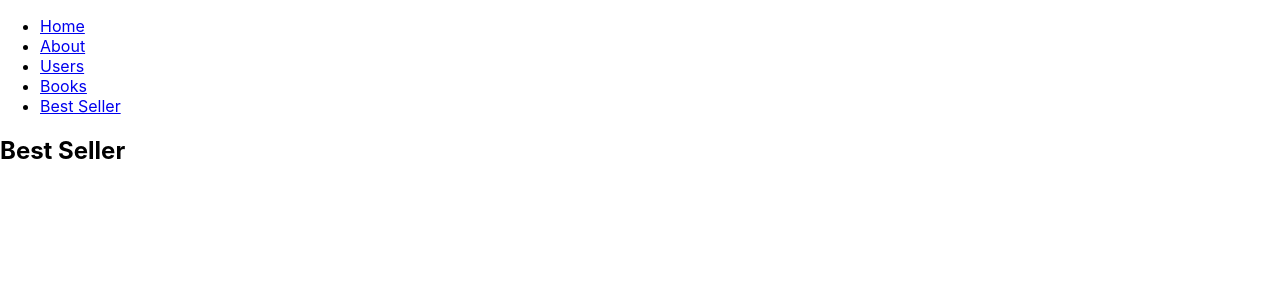
Repository: ebo-arcadia/enjoyou
Page: /books
An editor plug-in stored every save of this project. The page is shown before and after the next save, followed by the edit.
The browser window is 1280 px wide. The pictures show the whole page.
The project was rebuilt for these pictures with package versions that can differ from the ones it lists, and the page was loaded fresh each time.

Above is the page before, as saved 2021-04-19 12:11:42.

### src/App.js
import React from "react";
import { BrowserRouter as Router, Switch, Route, Link } from "react-router-dom";

export default function App() {
  return (
    <Router>
      <div>
        <nav>
          <ul>
            <li>
              <Link to="/">Home</Link>
            </li>
            <li>
              <Link to="/about">About</Link>
            </li>
            <li>
              <Link to="/users">Users</Link>
            </li>
            <li>
              <Link to="/books">Books</Link>
            </li>
            <li>
              <Link to="/bestseller">Best Seller</Link>
            </li>
          </ul>
        </nav>

        {/* A <Switch> looks through its children <Route>s and
            renders the first one that matches the current URL. */}
        <Switch>
          <Route path="/"><Bestseller /></Route>
          <Route path="/books"><Books /></Route>
          <Route path="/about"><About /></Route>
          <Route path="/users"><Users /></Route>
          <Route path="/"><Home /></Route>
        </Switch>
      </div>
    </Router>
  );
}

function Home() {
  return <h2>Home</h2>;
}

function About() {
  return <h2>About</h2>;
}

function Users() {
  return <h2>Users</h2>;
}

function Books()  { return <h2>Books</h2> }
function Bestseller()  { return <h2>Best Seller</h2> }

Loaded but not shown: public/index.html (common file); src/index.js (common file); src/index.css (common file); src/reportWebVitals.js (common file)

After the next save:
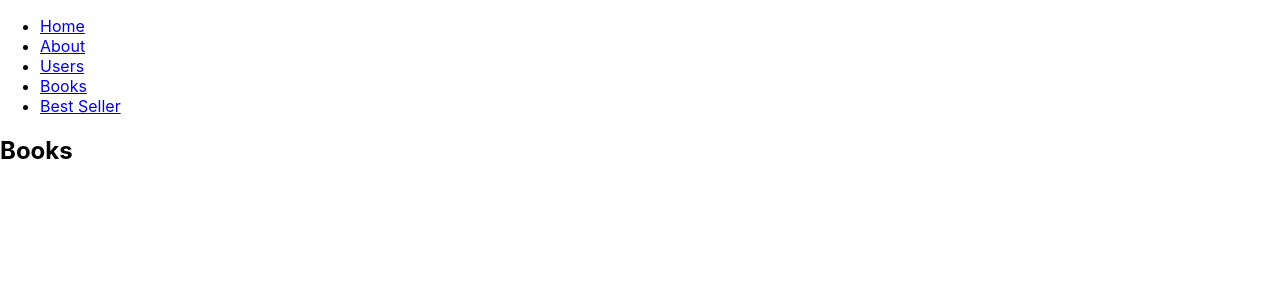
Saved 48 s later.
--- a/src/App.js
+++ b/src/App.js
@@ -28,7 +28,7 @@ export default function App() {
         {/* A <Switch> looks through its children <Route>s and
             renders the first one that matches the current URL. */}
         <Switch>
-          <Route path="/"><Bestseller /></Route>
+          <Route path="/bestseller"><Bestseller /></Route>
           <Route path="/books"><Books /></Route>
           <Route path="/about"><About /></Route>
           <Route path="/users"><Users /></Route>
